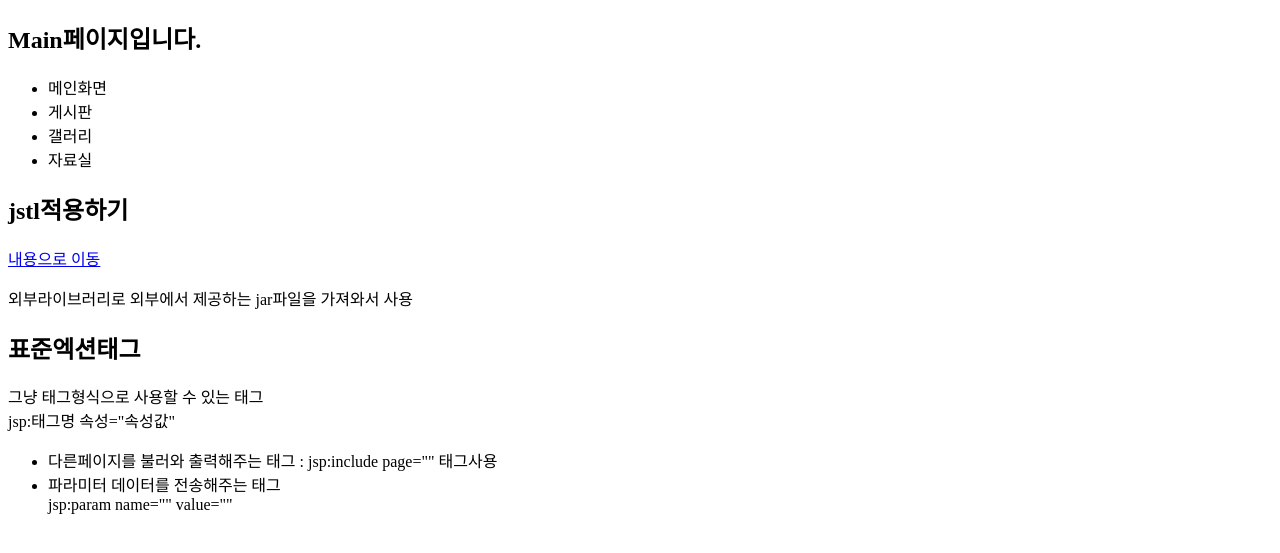
Repository: yongmin0309/mybatis1
Page: http://localhost/eL_JSTL/
These files come from the project's save history. The page is drawn as it stood at one moment and after the next save; the edit follows.
The browser window is 1280 px wide. The pictures show the whole page.
The page is served by Tomcat 9. Other server files are loaded and not shown.

Above is the page before, as saved 2024-04-20 05:37:03.

### work/eL_JSTL/src/main/webapp/index.jsp
<%@ page language="java" contentType="text/html; charset=UTF-8"
    pageEncoding="UTF-8"%>
<!-- 이용할 jstl태그를 선언해야함 -->
<%@ taglib prefix="c" uri="http://java.sun.com/jsp/jstl/core" %>
<%@ taglib prefix="fmt" uri="http://java.sun.com/jsp/jstl/fmt" %>
<jsp:include page="/views/common/header.jsp">
	<jsp:param name="title" value="Main"/>
</jsp:include>


	<h2>jstl적용하기</h2>
	<a href="views/content.jsp">내용으로 이동</a>
	<p>외부라이브러리로 외부에서 제공하는 jar파일을 가져와서 사용</p>

	<h2>표준엑션태그</h2>
	<p>
		그냥 태그형식으로 사용할 수 있는 태그<br>
		jsp:태그명 속성="속성값"
	</p>

	<ul>
		<li>
			다른페이지를 불러와 출력해주는 태그 : jsp:include  page="" 태그사용
		</li>
		<li>
			파라미터 데이터를 전송해주는 태그 <br>
			jsp:param name="" value=""
		</li>
	</ul>
</body>
</html>

### work/eL_JSTL/src/main/webapp/views/common/header.jsp
<%@ page language="java" contentType="text/html; charset=UTF-8"
    pageEncoding="UTF-8"%>
<%
	String name="안녕";
%>
<!DOCTYPE html>
<html>
<head>
<meta charset="UTF-8">
<title>근명고등학교</title>
</head>
<body>
	<h2 style="${param.style}">${param.title}페이지입니다.</h2>
	<ul>
		<li>메인화면</li>
		<li>게시판</li>
		<li>갤러리</li>
		<li>자료실</li>
	</ul>

After the next save:
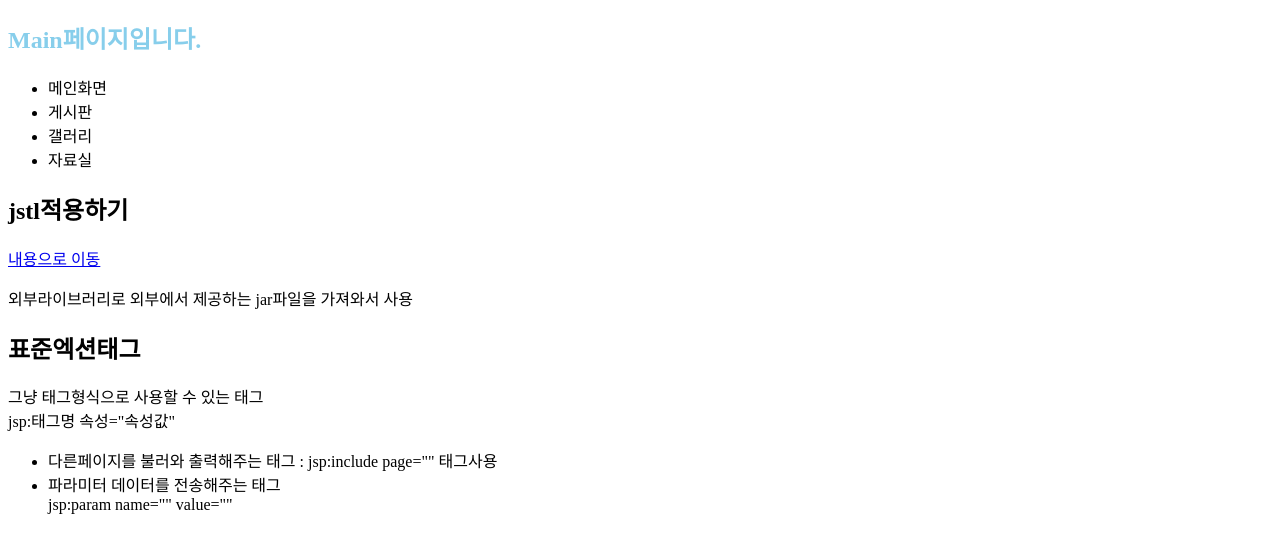
Saved 89 s later.
--- a/work/eL_JSTL/src/main/webapp/index.jsp
+++ b/work/eL_JSTL/src/main/webapp/index.jsp
@@ -5,6 +5,7 @@
 <%@ taglib prefix="fmt" uri="http://java.sun.com/jsp/jstl/fmt" %>
 <jsp:include page="/views/common/header.jsp">
 	<jsp:param name="title" value="Main"/>
+	<jsp:param name="style" value="color:skyblue"/>
 </jsp:include>
 
 
